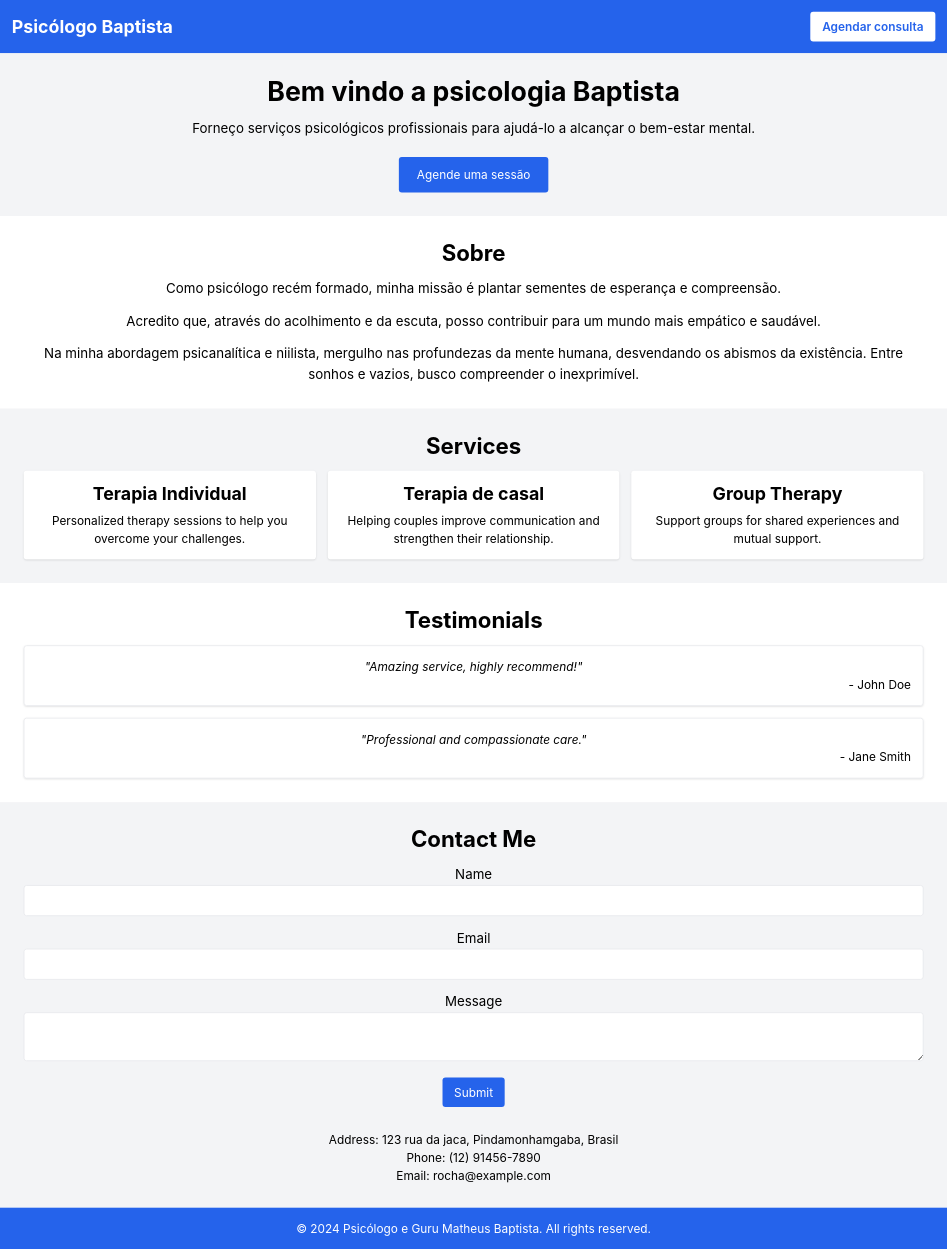
Repository: SrNascimento40/psychologist-portfolio
Page: /
An editor plug-in stored every save of this project. The page is shown before and after the next save, followed by the edit.
The browser window is 1280 px wide. The pictures show the whole page, at 74% of full size.
The project was rebuilt for these pictures with package versions that can differ from the ones it lists, and the page was loaded fresh each time. Also part of the build but not shown: vite.config.ts.

Above is the page before, as saved 2024-07-04 17:36:37.

After the next save:
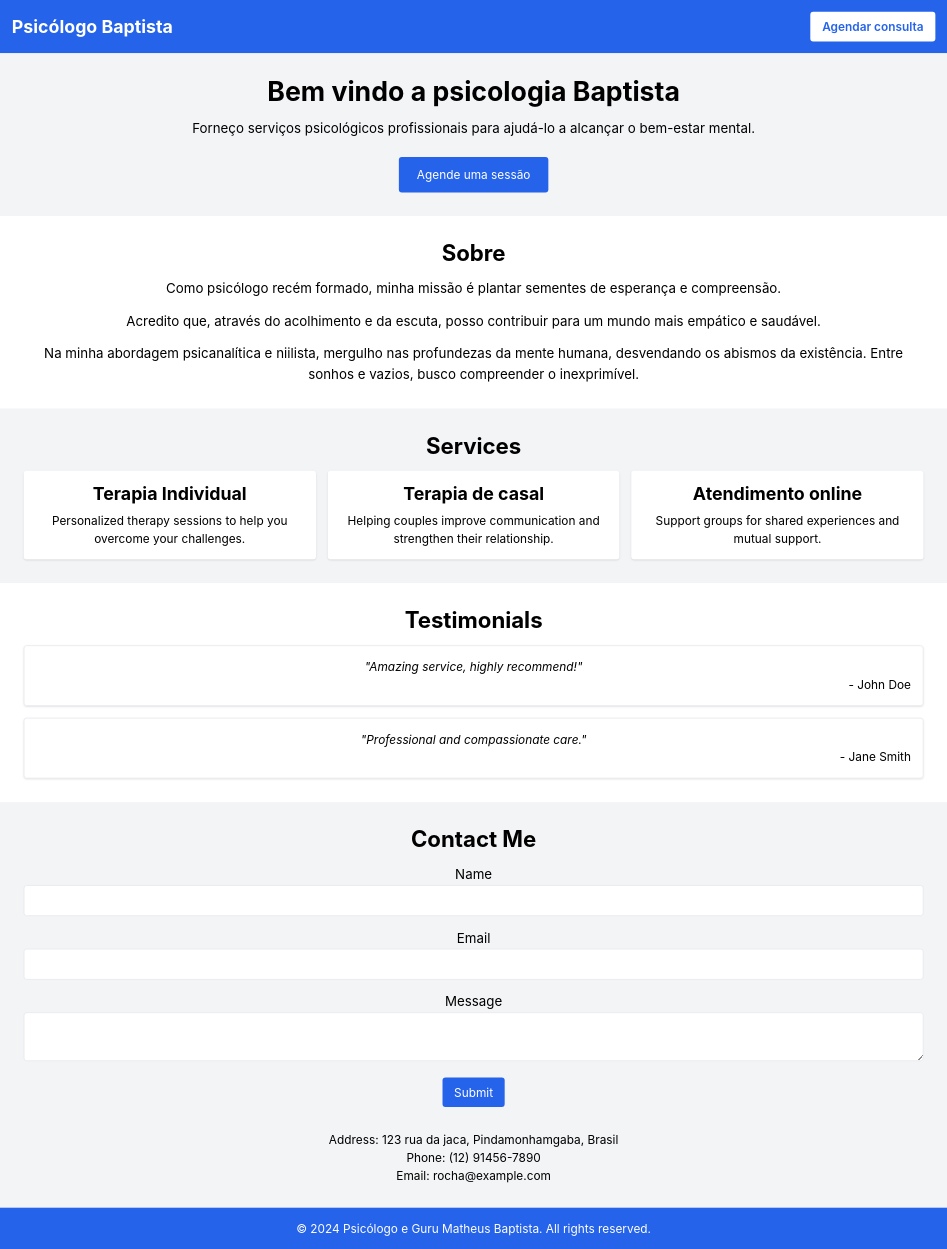
Saved 9 s later.
--- a/src/Services.tsx
+++ b/src/Services.tsx
@@ -4,7 +4,7 @@
   const services = [
     { title: 'Terapia Individual', description: 'Personalized therapy sessions to help you overcome your challenges.' },
     { title: 'Terapia de casal', description: 'Helping couples improve communication and strengthen their relationship.' },
-    { title: 'Group Therapy', description: 'Support groups for shared experiences and mutual support.' },
+    { title: 'Atendimento online', description: 'Support groups for shared experiences and mutual support.' },
   ];
 
   return (
